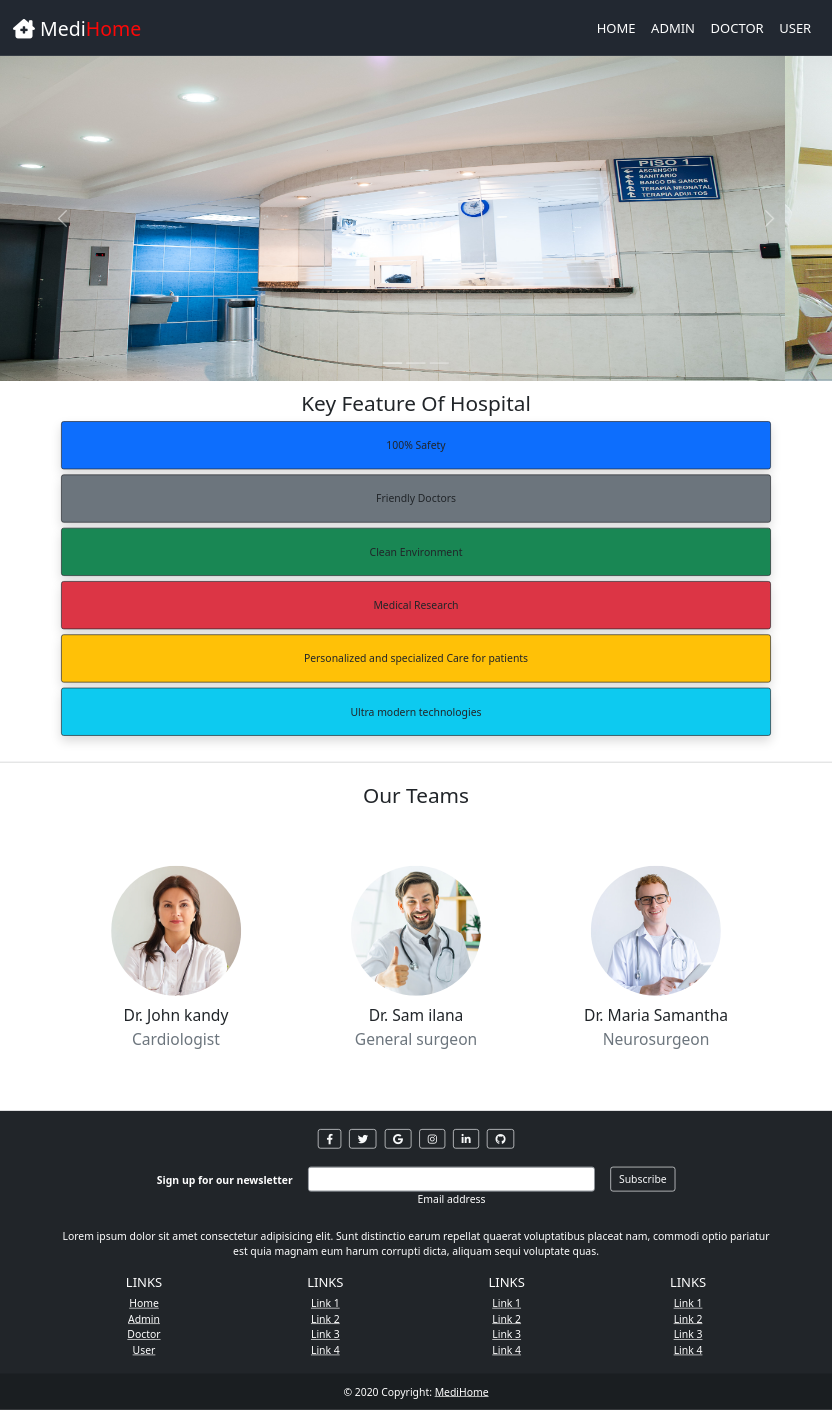
Repository: SparshGarg1/Hospital-Management-System
Page: http://localhost/Hospital/
These files come from the project's save history. The page is drawn as it stood at one moment and after the next save; the edit follows.
The browser window is 1280 px wide. The pictures show the whole page, at 65% of full size.
Pictures or frames that could not be fetched are drawn as grey boxes. Some web libraries are served in a nearby version. The page is served by Tomcat 9. Other server files are loaded and not shown.

Above is the page before, as saved 2022-08-20 05:28:50.

### Hospital/WebContent/index.jsp
<%@ page language="java" contentType="text/html; charset=ISO-8859-1"
    pageEncoding="ISO-8859-1"%>
<!DOCTYPE html PUBLIC "-//W3C//DTD HTML 4.01 Transitional//EN" "http://www.w3.org/TR/html4/loose.dtd">
<html>
<head>
<meta http-equiv="Content-Type" content="text/html; charset=ISO-8859-1">
<link rel="stylesheet" href="style.css">
<title>Insert title here</title>
<%@ include file="component/allcss.jsp" %>
</head>
<body>
<%@ include file="component/navbar.jsp" %>

<div id="carouselExampleIndicators" class="carousel slide" data-bs-ride="carousel">
  <div class="carousel-indicators">
    <button type="button" data-bs-target="#carouselExampleIndicators" data-bs-slide-to="0" class="active" aria-current="true" aria-label="Slide 1"></button>
    <button type="button" data-bs-target="#carouselExampleIndicators" data-bs-slide-to="1" aria-label="Slide 2"></button>
    <button type="button" data-bs-target="#carouselExampleIndicators" data-bs-slide-to="2" aria-label="Slide 3"></button>
  </div>
  <div class="carousel-inner">
    <div class="carousel-item active">
      <img src="img/hos1.jpg" class="d-block w-100" alt="..." height="500px">
    </div>
    <div class="carousel-item">
      <img src="img/hos2.jpg" class="d-block w-100" alt="..." height="500px">
    </div>
    <div class="carousel-item">
      <img src="img/hos3.jpg" class="d-block w-100" alt="..." height="500px">
    </div>
  </div>
  <button class="carousel-control-prev" type="button" data-bs-target="#carouselExampleIndicators" data-bs-slide="prev">
    <span class="carousel-control-prev-icon" aria-hidden="true"></span>
    <span class="visually-hidden">Previous</span>
  </button>
  <button class="carousel-control-next" type="button" data-bs-target="#carouselExampleIndicators" data-bs-slide="next">
    <span class="carousel-control-next-icon" aria-hidden="true"></span>
    <span class="visually-hidden">Next</span>
  </button>
</div>

<div class="container p-3">
<h1 class="text-center fs-2">Key Feature Of Hospital</h1>
<div class="card-columns">
  <div class="card bg-primary p-2 m-2 border-dark shadow rounded">
    <div class="card-body text-center">
      <p class="card-text font-weight-bold">100% Safety</p>
    </div>
  </div>
  <div class="card bg-secondary p-2 m-2 border-dark shadow rounded">
    <div class="card-body text-center">
      <p class="card-text font-weight-bold">Friendly Doctors</p>
    </div>
  </div>
  <div class="card bg-success p-2 m-2 border-dark shadow rounded">
    <div class="card-body text-center">
      <p class="card-text">Clean Environment</p>
    </div>
  </div>
  <div class="card bg-danger p-2 m-2 border-dark shadow rounded">
    <div class="card-body text-center">
      <p class="card-text font-weight-bold">Medical Research</p>
    </div>
  </div>
  <div class="card bg-warning p-2 m-2 border-dark shadow rounded">
    <div class="card-body text-center">
      <p class="card-text font-weight-bold">Personalized and specialized  Care for patients</p>
    </div>
  </div>
  <div class="card bg-info p-2 m-2 border-dark shadow rounded">
    <div class="card-body text-center">
      <p class="card-text font-weight-bold">Ultra modern technologies</p>
    </div>
  </div>
</div>
</div>
<hr>


<div class="container p-3">
<h1 class="text-center fs-2">Our Teams</p>
<div class="py-5 text-center text-info background-info" style="">
<div class="container">
<div class="row">
<div class="col-lg-4 col-md-6 p-4"> <img class="img-fluid d-block mb-3 mx-auto rounded-circle" alt="Card image cap" width="200" src="img/doc-1.jpg">
<h4 class="text-dark">Dr. John kandy</h4>
<h4 class="mb-0 text-secondary">Cardiologist</h4>
</div>
<div class="col-lg-4 col-md-6 p-4"> <img class="img-fluid d-block mb-3 mx-auto rounded-circle" src="img/doc-2.jpg" alt="Card image cap" width="200">
<h4 class="text-dark">Dr. Sam ilana</h4>
<h4 class="mb-0 text-secondary">General surgeon</h4>
</div>
<div class="col-lg-4 p-4"> <img class="img-fluid d-block mb-3 mx-auto rounded-circle" src="img/doc-3.jpg" width="200">
<h4 class="text-dark">Dr. Maria Samantha</h4>
<h4 class="mb-0 text-secondary">Neurosurgeon</h4>
</div>
</div>
</div>
</div>
</div>


<!-- Footer -->
<footer class="bg-dark text-center text-white">
  <!-- Grid container -->
  <div class="container p-4">
    <!-- Section: Social media -->
    <section class="mb-4">
      <!-- Facebook -->
      <a class="btn btn-outline-light btn-floating m-1" href="#!" role="button"
        ><i class="fab fa-facebook-f"></i
      ></a>

      <!-- Twitter -->
      <a class="btn btn-outline-light btn-floating m-1" href="#!" role="button"
        ><i class="fab fa-twitter"></i
      ></a>

      <!-- Google -->
      <a class="btn btn-outline-light btn-floating m-1" href="#!" role="button"
        ><i class="fab fa-google"></i
      ></a>

      <!-- Instagram -->
      <a class="btn btn-outline-light btn-floating m-1" href="#!" role="button"
        ><i class="fab fa-instagram"></i
      ></a>

      <!-- Linkedin -->
      <a class="btn btn-outline-light btn-floating m-1" href="#!" role="button"
        ><i class="fab fa-linkedin-in"></i
      ></a>

      <!-- Github -->
      <a class="btn btn-outline-light btn-floating m-1" href="#!" role="button"
        ><i class="fab fa-github"></i
      ></a>
    </section>
    <!-- Section: Social media -->

    <!-- Section: Form -->
    <section class="">
      <form action="">
        <!--Grid row-->
        <div class="row d-flex justify-content-center">
          <!--Grid column-->
          <div class="col-auto">
            <p class="pt-2">
              <strong>Sign up for our newsletter</strong>
            </p>
          </div>
          <!--Grid column-->

          <!--Grid column-->
          <div class="col-md-5 col-12">
            <!-- Email input -->
            <div class="form-outline form-white mb-4">
              <input type="email" id="form5Example21" class="form-control" />
              <label class="form-label" for="form5Example21">Email address</label>
            </div>
          </div>
          <!--Grid column-->

          <!--Grid column-->
          <div class="col-auto">
            <!-- Submit button -->
            <button type="submit" class="btn btn-outline-light mb-4">
              Subscribe
            </button>
          </div>
          <!--Grid column-->
        </div>
        <!--Grid row-->
      </form>
    </section>
    <!-- Section: Form -->

    <!-- Section: Text -->
    <section class="mb-4">
      <p>
        Lorem ipsum dolor sit amet consectetur adipisicing elit. Sunt distinctio earum
        repellat quaerat voluptatibus placeat nam, commodi optio pariatur est quia magnam
        eum harum corrupti dicta, aliquam sequi voluptate quas.
      </p>
    </section>
    <!-- Section: Text -->

    <!-- Section: Links -->
    <section class="">
      <!--Grid row-->
      <div class="row">
        <!--Grid column-->
        <div class="col-lg-3 col-md-6 mb-4 mb-md-0">
          <h5 class="text-uppercase">Links</h5>

          <ul class="list-unstyled mb-0">
            <li>
              <a href="#!" class="text-white">Home</a>
            </li>
            <li>
              <a href="#!" class="text-white">Admin</a>
            </li>
            <li>
              <a href="#!" class="text-white">Doctor</a>
            </li>
            <li>
              <a href="#!" class="text-white">User</a>
            </li>
          </ul>
        </div>
        <!--Grid column-->

        <!--Grid column-->
        <div class="col-lg-3 col-md-6 mb-4 mb-md-0">
          <h5 class="text-uppercase">Links</h5>

          <ul class="list-unstyled mb-0">
            <li>
              <a href="#!" class="text-white">Link 1</a>
            </li>
            <li>
              <a href="#!" class="text-white">Link 2</a>
            </li>
            <li>
              <a href="#!" class="text-white">Link 3</a>
            </li>
            <li>
              <a href="#!" class="text-white">Link 4</a>
            </li>
          </ul>
        </div>
        <!--Grid column-->

        <!--Grid column-->
        <div class="col-lg-3 col-md-6 mb-4 mb-md-0">
          <h5 class="text-uppercase">Links</h5>

          <ul class="list-unstyled mb-0">
            <li>
              <a href="#!" class="text-white">Link 1</a>
            </li>
            <li>
              <a href="#!" class="text-white">Link 2</a>
            </li>
            <li>
              <a href="#!" class="text-white">Link 3</a>
            </li>
            <li>
              <a href="#!" class="text-white">Link 4</a>
            </li>
          </ul>
        </div>
        <!--Grid column-->

        <!--Grid column-->
        <div class="col-lg-3 col-md-6 mb-4 mb-md-0">
          <h5 class="text-uppercase">Links</h5>

          <ul class="list-unstyled mb-0">
            <li>
              <a href="#!" class="text-white">Link 1</a>
            </li>
            <li>
              <a href="#!" class="text-white">Link 2</a>
            </li>
            <li>
              <a href="#!" class="text-white">Link 3</a>
            </li>
            <li>
              <a href="#!" class="text-white">Link 4</a>
            </li>
          </ul>
        </div>
        <!--Grid column-->
      </div>
      <!--Grid row-->
    </section>
    <!-- Section: Links -->
  </div>
  <!-- Grid container -->

  <!-- Copyright -->
  <div class="text-center p-3" style="background-color: rgba(0, 0, 0, 0.2);">
    © 2020 Copyright:
    <a class="text-white" href="index.jsp">MediHome</a>
  </div>
  <!-- Copyright -->
</footer>
<!-- Footer -->


</body>
</html>

### Hospital/WebContent/component/allcss.jsp
<link rel="stylesheet" href="https://cdnjs.cloudflare.com/ajax/libs/font-awesome/6.1.2/css/all.min.css" integrity="sha512-1sCRPdkRXhBV2PBLUdRb4tMg1w2YPf37qatUFeS7zlBy7jJI8Lf4VHwWfZZfpXtYSLy85pkm9GaYVYMfw5BC1A==" crossorigin="anonymous" referrerpolicy="no-referrer" />
<link href="https://cdn.jsdelivr.net/npm/bootstrap@5.0.2/dist/css/bootstrap.min.css" rel="stylesheet" integrity="sha384-EVSTQN3/azprG1Anm3QDgpJLIm9Nao0Yz1ztcQTwFspd3yD65VohhpuuCOmLASjC" crossorigin="anonymous">
<script src="https://cdn.jsdelivr.net/npm/bootstrap@5.0.2/dist/js/bootstrap.bundle.min.js" integrity="sha384-MrcW6ZMFYlzcLA8Nl+NtUVF0sA7MsXsP1UyJoMp4YLEuNSfAP+JcXn/tWtIaxVXM" crossorigin="anonymous"></script>

### Hospital/WebContent/component/navbar.jsp
<!-- <nav class="navbar navbar-expand-lg navbar-dark bg-success">
  <div class="container-fluid">
    <a class="navbar-brand" href="index.jsp"><i class="fas fa-clinic-medical"></i> Medi Home</a>
    <button class="navbar-toggler" type="button" data-bs-toggle="collapse" data-bs-target="#navbarSupportedContent" aria-controls="navbarSupportedContent" aria-expanded="false" aria-label="Toggle navigation">
      <span class="navbar-toggler-icon"></span>
    </button>
    <div class="collapse navbar-collapse" id="navbarSupportedContent">
      <ul class="navbar-nav ms-auto mb-2 mb-lg-0">
        <li class="nav-item">
          <a class="nav-link active" aria-current="page" href="admin_login.jsp"><i class="fas fa-sign-in-alt"></i> ADMIN</a>
        </li>
        <li class="nav-item">
          <a class="nav-link active" aria-current="page" href="doctor_login.jsp">DOCTOR</a>
        </li>
        <li class="nav-item">
          <a class="nav-link active" aria-current="page" href="#">APPOINMENT</a>
        </li>
        <li class="nav-item">
          <a class="nav-link active" aria-current="page" href="user_login.jsp">USER</a>
        </li>
        <li class="nav-item dropdown">
          <a class="nav-link dropdown-toggle" href="#" id="navbarDropdown" role="button" data-bs-toggle="dropdown" aria-expanded="false">
            Dropdown
          </a>
          <ul class="dropdown-menu" aria-labelledby="navbarDropdown">
            <li><a class="dropdown-item" href="#">Action</a></li>
            <li><a class="dropdown-item" href="#">Another action</a></li>
            <li><hr class="dropdown-divider"></li>
            <li><a class="dropdown-item" href="#">Something else here</a></li>
          </ul>
        </li>


      </ul>
    </div>
  </div>
</nav> -->
<style>
<!--
.header{

    width: 100%;
    background-image: url("img/banner.jpg");
    background-position: center;
    background-repeat: no-repeat;
    background-size: cover;
    position: relative;
}
nav{
    display: flex;
    justify-content: space-between;
    align-items: center;
    background-color: #222831;
}
.logo{
    margin: 20px;
}
.logo a:hover{
    font-size: 40px;
}
.logo a{
    text-decoration: none;
    font-size: 30px;
    color: white;
}
.logo span{
    color: rgb(251, 8, 8);
    font-size: 30px;
}
.nav-links{
   text-align: right;
}
.nav-links ul{
    display: flex;
    margin: 20px;
}
.nav-links ul li{
    display: flex;
    display: inline-block;
    padding: 8px 12px;
    position: relative;
}
.nav-links ul li a{
    text-decoration: none;
    font-size: 20px;
    color: #fff;
}

.nav-links ul li a:hover{
    background-color: gray;
    color: black;
    padding: 15px;
    border: 3px solid black;
    border-radius: 12px;
    margin: 3px;
}
nav .fa{
    display: none;
}
@media(max-width: 700px){

    .nav-links ul {
        display: flex;
        flex-direction: column;
     }
     .nav-links ul li{
        margin-bottom: 25%;
        margin-top: 25%;
     }
    .nav-links ul li a{
        color: black;
        font-weight: 600;
     }


     .nav-links{
        position: absolute;
        top: 0;
        right: -200px;
        background-color: orange;
        height: 100vh;
        width: 200px;
        z-index: 1;
        text-align: left;
     }
     nav .fa{
         display: block;
         color: #fff;
         margin: 10px;
         font-size: 22px;
     }
     .nav-links ul{
         padding: 30px;
         transition-delay: 2s;
     }
}
/* .text-area{
    border: 2px solid green;
    position: relative;
    margin: auto;
    top: 20vh;
    width: 90%;
}
.text-area h3{
    color: rgb(87, 21, 21);
    font-size: 28px;
}
.text-area h1{
    font-size: 35px;
} */


.h1_tag{

        font-size: 36px;
        font-weight: 600;
        text-align: center;
    }

.h3_tag{

        font-size: 20px;
        text-align: center;
        color: crimson;
    }
-->
</style>
<section class="header" id="header">
      <nav>
        <div class="logo" ><a href="index.html"><i class="fas fa-clinic-medical"></i> Medi<span>Home</span></a></div>
        <div class="nav-links" id="navLinks">
            <i class="fa fa-window-close" aria-hidden="true" onclick="hideMenu()"></i>
            <ul>
                <li><a href="index.jsp">HOME</a></li>
                <li><a href="admin_login.jsp">ADMIN</a></li>
                <li><a href="doctor_login.jsp">DOCTOR</a></li>
                <li><a href="user_login.jsp">USER</a></li>
            </ul>
        </div>
        <i class="fa fa-bars" aria-hidden="true" onclick="showMenu()"></i>
      </nav>
      <!-- <div class="text-area">
        <h3>Hello, my name is</h3>
        <h1>Sparsh Garg</h1>
        <h3>and I'm a Developer</h3>
      </div> -->
    </section>

### Hospital/WebContent/style.css
.doctors .box-container{
    display: grid;
    grid-template-columns: repeat(auto-fit, minmax(30rem, 1fr));
    gap:2rem;
}

.doctors .box-container .box{
    text-align: center;
    background:#fff;
    border-radius: .5rem;
    border:var(--border);
    box-shadow: var(--box-shadow);
    padding:2rem;
}

.doctors .box-container .box img{
    height: 20rem;
    border:var(--border);
    border-radius: .5rem;
    margin-top: 1rem;
    margin-bottom: 1rem;
}

.doctors .box-container .box h3{
    color:var(--black);
    font-size: 2.5rem;
}

.doctors .box-container .box span{
    color:var(--green);
    font-size: 1.5rem;
}

.doctors .box-container .box .share{
    padding-top: 2rem;
}

.doctors .box-container .box .share a{
    height: 5rem;
    width: 5rem;
    line-height: 4.5rem;
    font-size: 2rem;
    color:var(--green);
    border-radius: .5rem;
    border:var(--border);
    margin:.3rem;
}

.doctors .box-container .box .share a:hover{
    background:var(--green);
    color:#fff;
    box-shadow: var(--box-shadow);
}
.heading{
    text-align: center;
    padding-bottom: 2rem;
    text-shadow: var(--text-shadow);
    text-transform: uppercase;
    color:var(--black);
    font-size: 5rem;
    letter-spacing: .4rem;
}

After the next save:
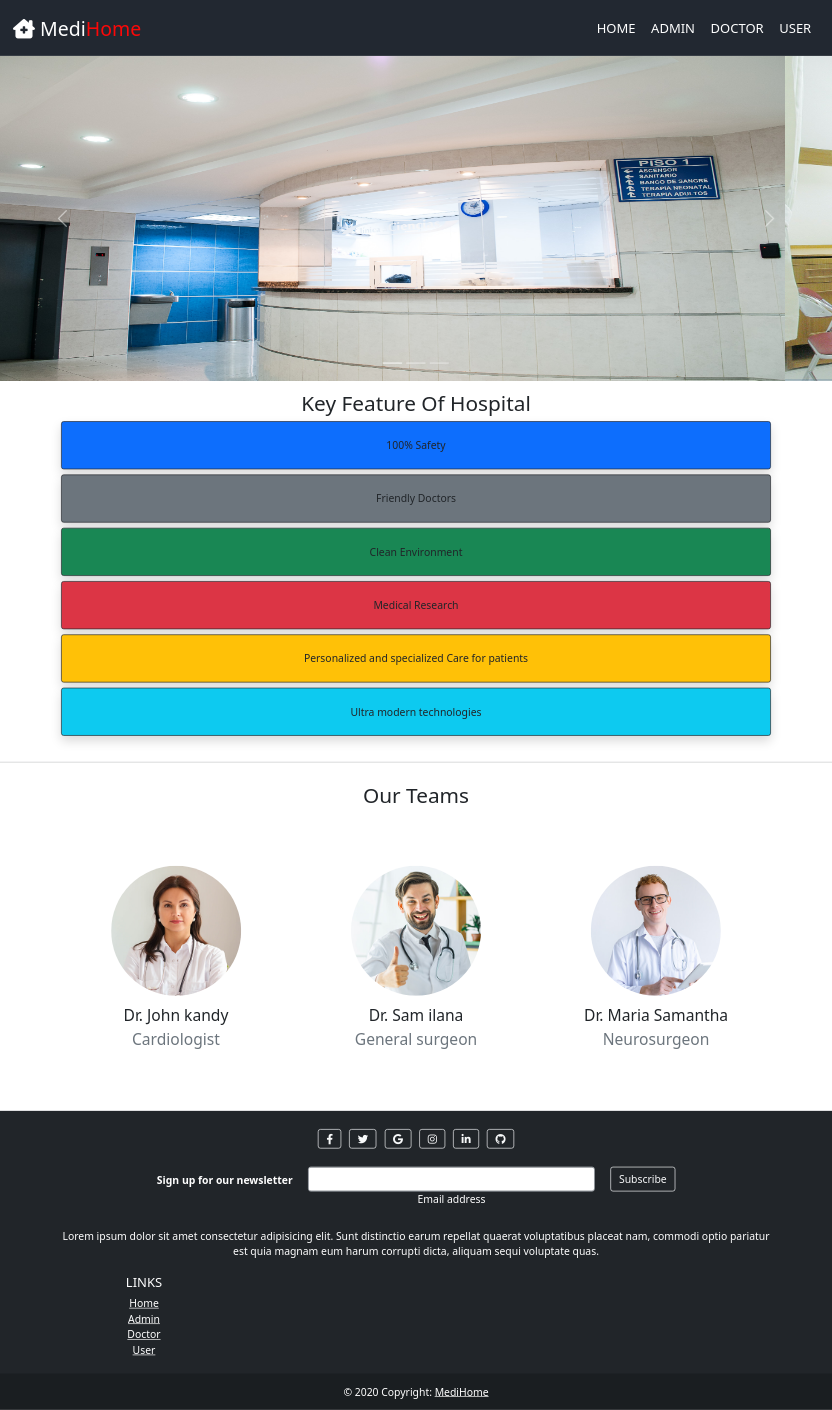
Saved 82 s later.
--- a/Hospital/WebContent/index.jsp
+++ b/Hospital/WebContent/index.jsp
@@ -207,70 +207,6 @@
             </li>
           </ul>
         </div>
-        <!--Grid column-->
-
-        <!--Grid column-->
-        <div class="col-lg-3 col-md-6 mb-4 mb-md-0">
-          <h5 class="text-uppercase">Links</h5>
-
-          <ul class="list-unstyled mb-0">
-            <li>
-              <a href="#!" class="text-white">Link 1</a>
-            </li>
-            <li>
-              <a href="#!" class="text-white">Link 2</a>
-            </li>
-            <li>
-              <a href="#!" class="text-white">Link 3</a>
-            </li>
-            <li>
-              <a href="#!" class="text-white">Link 4</a>
-            </li>
-          </ul>
-        </div>
-        <!--Grid column-->
-
-        <!--Grid column-->
-        <div class="col-lg-3 col-md-6 mb-4 mb-md-0">
-          <h5 class="text-uppercase">Links</h5>
-
-          <ul class="list-unstyled mb-0">
-            <li>
-              <a href="#!" class="text-white">Link 1</a>
-            </li>
-            <li>
-              <a href="#!" class="text-white">Link 2</a>
-            </li>
-            <li>
-              <a href="#!" class="text-white">Link 3</a>
-            </li>
-            <li>
-              <a href="#!" class="text-white">Link 4</a>
-            </li>
-          </ul>
-        </div>
-        <!--Grid column-->
-
-        <!--Grid column-->
-        <div class="col-lg-3 col-md-6 mb-4 mb-md-0">
-          <h5 class="text-uppercase">Links</h5>
-
-          <ul class="list-unstyled mb-0">
-            <li>
-              <a href="#!" class="text-white">Link 1</a>
-            </li>
-            <li>
-              <a href="#!" class="text-white">Link 2</a>
-            </li>
-            <li>
-              <a href="#!" class="text-white">Link 3</a>
-            </li>
-            <li>
-              <a href="#!" class="text-white">Link 4</a>
-            </li>
-          </ul>
-        </div>
-        <!--Grid column-->
       </div>
       <!--Grid row-->
     </section>
